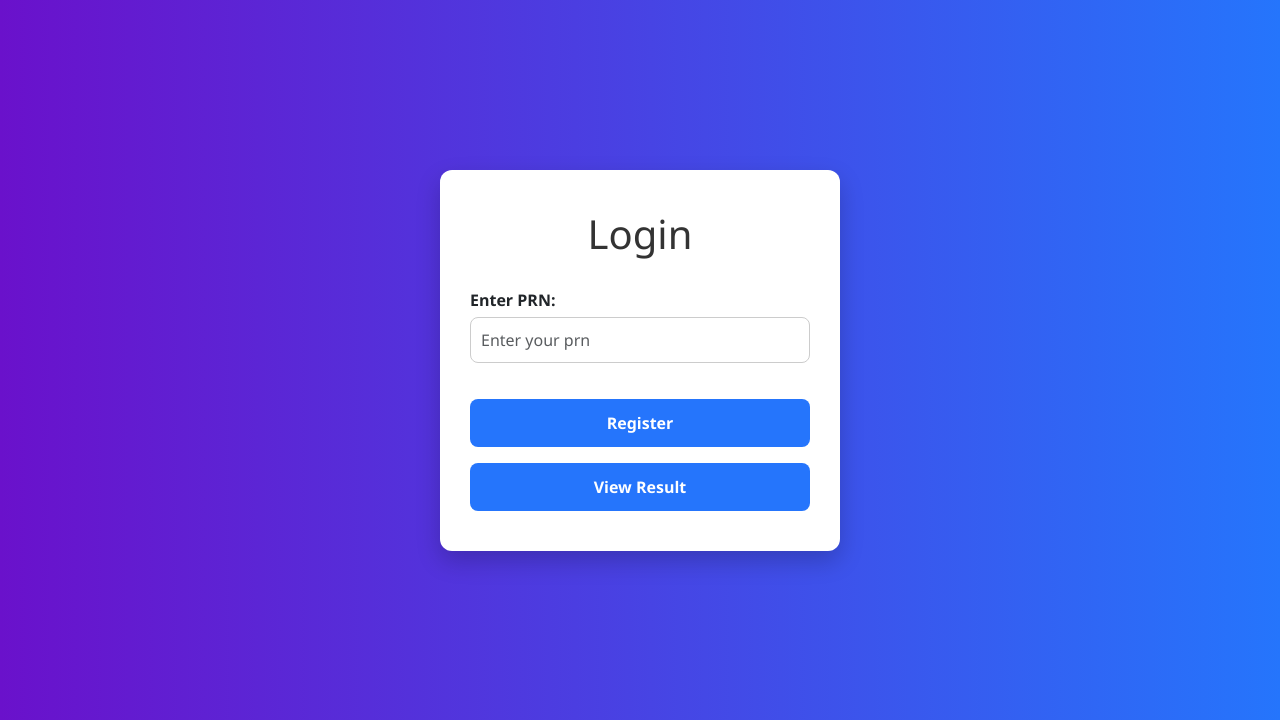
Repository: Mali-Sagar-A/Advance_Web_Java
Page: ResultApp/src/main/webapp/index.html
These files come from the project's save history. The page is drawn as it stood at one moment and after the next save; the edit follows.
The browser window is 1280 px wide. The pictures show the whole page.

Above is the page before, as saved 2025-05-17 12:31:43.

After the next save:
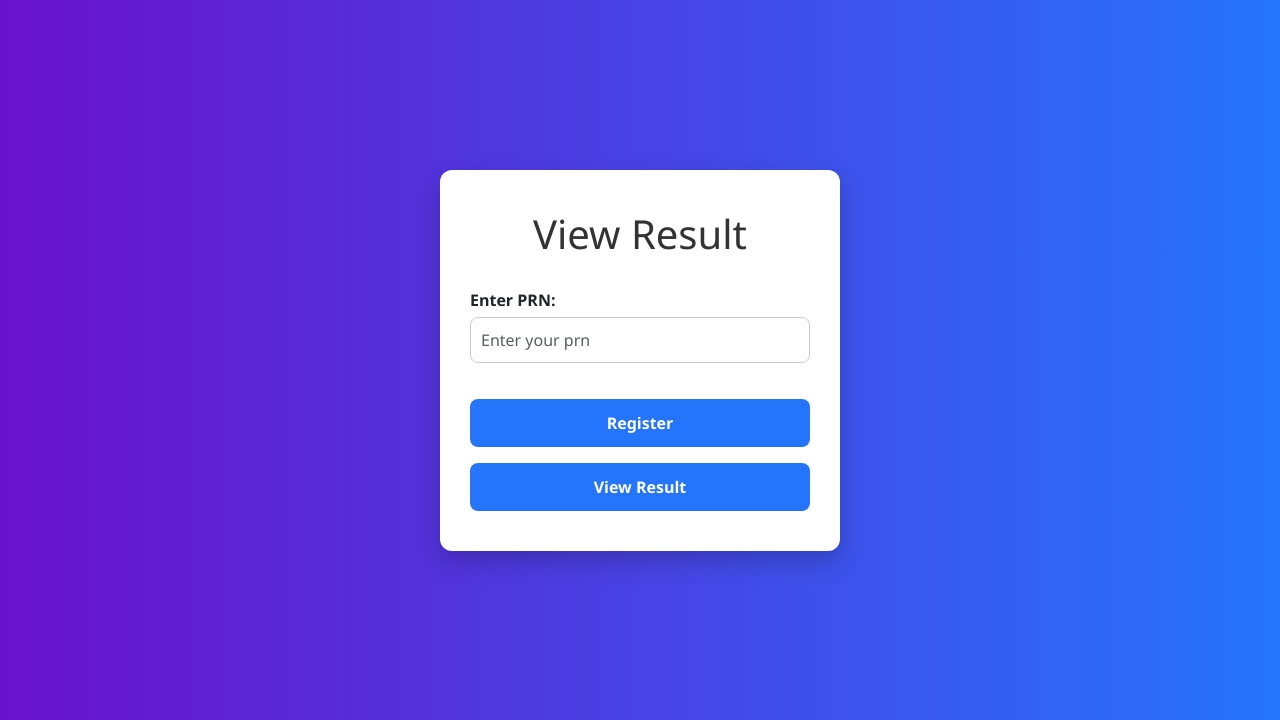
Saved 18 h 18 min later.
--- a/ResultApp/src/main/webapp/index.html
+++ b/ResultApp/src/main/webapp/index.html
@@ -98,7 +98,7 @@
 <body>
 
   <div class="login-container">
-    <h1>Login</h1>
+    <h1>View Result</h1>
     <div id="error" class="error-message"></div>
     <form action="resultServlet" method="post" name="studForm" onclick="return validateForm()">
       <label for="textPrn" class="form-label">Enter PRN:</label>
